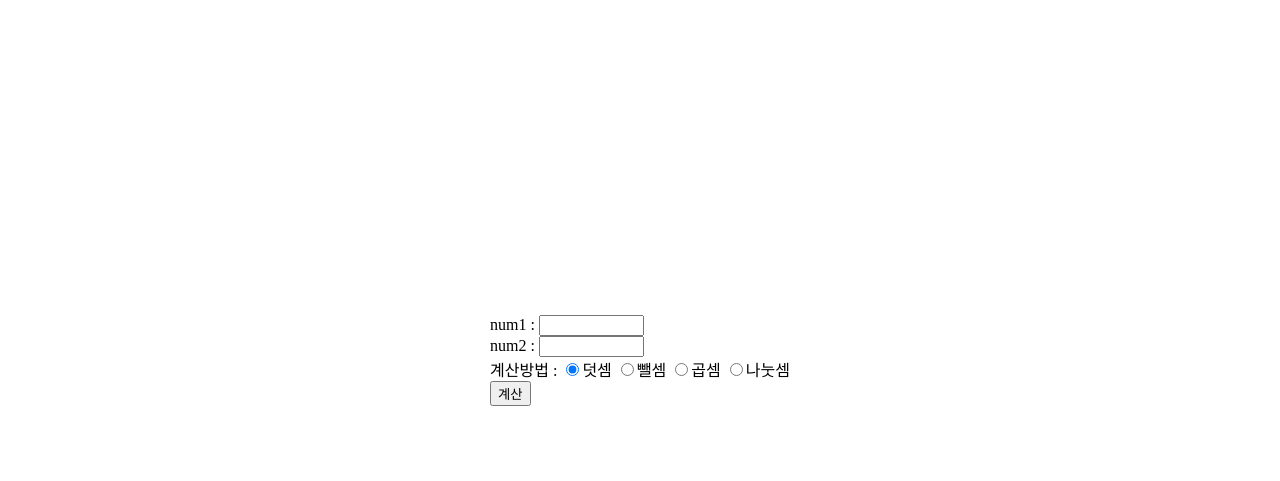
Repository: tjdwlsaos22/TJ_JSP
Page: http://localhost/JSP/Num1.jsp
An editor plug-in stored every save of this project. The page is shown before and after the next save, followed by the edit.
The browser window is 1280 px wide. The pictures show the whole page.
The page is served by Tomcat 9.

Above is the page before, as saved 2024-01-18 04:42:32.

After the next save:
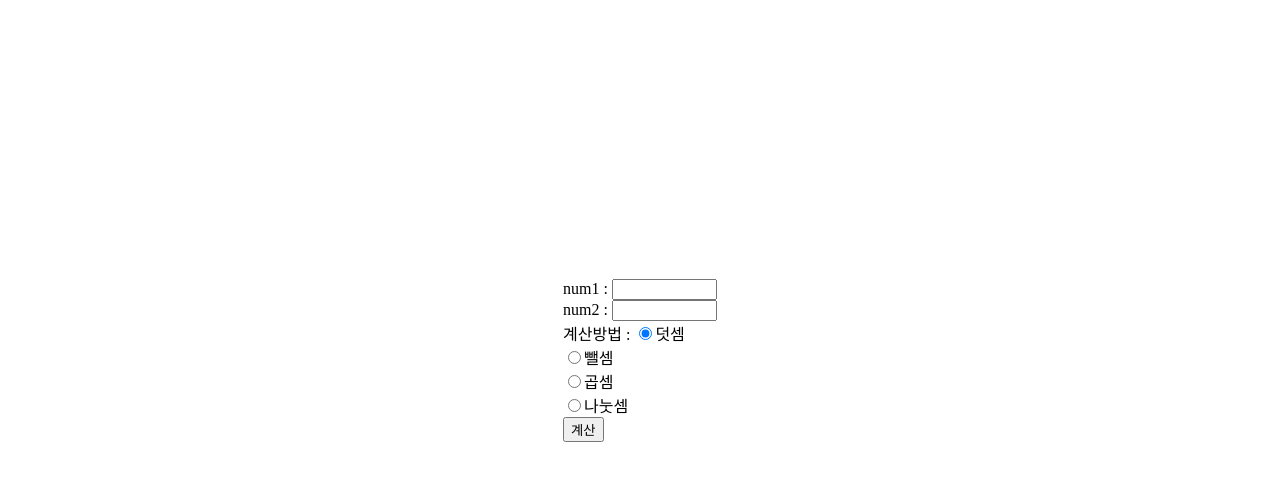
Saved 29 s later.
--- a/jsp/JSP/src/main/webapp/Num1.jsp
+++ b/jsp/JSP/src/main/webapp/Num1.jsp
@@ -24,12 +24,9 @@
 		num2 :
 			<input type="text" name="num2" size=10 ><br>
 		계산방법 :
-			<input type="radio" name="check" value="add" checked="checked">덧셈
-
-
-
-			<input type="radio" name="check" value="minus">뺄셈
-			<input type="radio" name="check" value="mul">곱셈
+			<input type="radio" name="check" value="add" checked="checked">덧셈<br>
+			<input type="radio" name="check" value="minus">뺄셈<br>
+			<input type="radio" name="check" value="mul">곱셈<br>
 			<input type="radio" name="check" value="div">나눗셈<br>
 
 			<input type="submit" value="계산">
